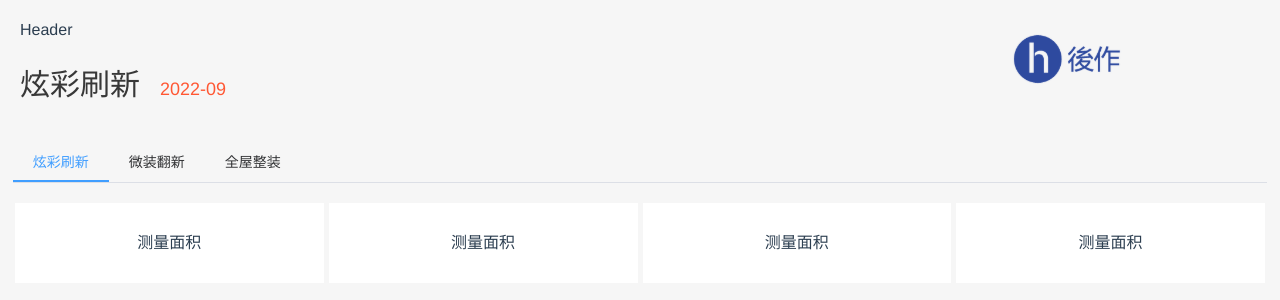
Repository: yezhonghu0503/houzuo
Page: /interiorDecoration
The author's editor kept a copy of each file at every save. The page is drawn from the files as they stood at one save, then again after the next save.
The browser window is 1280 px wide. The pictures show the whole page.
The project was rebuilt for these pictures with package versions that can differ from the ones it lists, and the page was loaded fresh each time. Also part of the build but not shown: vite.config.ts.

Above is the page before, as saved 2022-09-29 15:34:35.

### src/main.ts
import { createApp } from 'vue'
import App from './App.vue'
//全局引入elementUI
import ElementPlus from 'element-plus'
import 'element-plus/dist/index.css'
import * as ElementPlusIconsVue from '@element-plus/icons-vue'
import router from './router'

const app = createApp(App)

for (const [key, component] of Object.entries(ElementPlusIconsVue)) {
    app.component(key, component)
}


app.use(ElementPlus)
app.use(router)
app.mount('#app')

### src/App.vue
<script setup lang="ts">
// This starter template is using Vue 3 <script setup> SFCs
// Check out https://vuejs.org/api/sfc-script-setup.html#script-setup

import Home from "./view/Home/Home.vue";

//import HelloWorld from './components/HelloWorld.vue'
</script>

<template>
  <!-- <Home></Home> -->
  <router-view />
</template>

<style>
body {
  background: #f6f6f6;
}
#app {
  font-family: Avenir, Helvetica, Arial, sans-serif;
  -webkit-font-smoothing: antialiased;
  -moz-osx-font-smoothing: grayscale;
  text-align: center;
  color: #2c3e50;
  overflow-x: hidden;
  /* margin-top: 60px; */
}
</style>

### src/router/index.ts
import { createRouter, createWebHistory, createWebHashHistory } from 'vue-router'
import { defineAsyncComponent } from 'vue'

const router = createRouter({
    history: createWebHistory(),
    routes: [
        {
            path: '/',
            name: 'home',
            component: defineAsyncComponent(() => import(`../view/Home/Home.vue`)),
            meta: {
                title: '首页'
            }
        },
        {
            path: '/interiorDecoration',
            name: 'interiorDecoration',
            component: defineAsyncComponent(() => import(`../view/interiorDecoration/index.vue`)),
            meta: {
                title: '室内装修'
            }
        }
    ]
})

router.beforeEach((to, from, next) => {
    if (to.meta.title) {
        document.title = `${to.meta.title}`;
    }
    next()
})

router.afterEach((to, from) => {
    // console.log(to, from)
    console.log('afterEach')
})

export default router;

### src/view/interiorDecoration/index.vue
<script lang="ts">
import { ref } from "vue";
import {
  useRouter,
  useRoute,
  onBeforeRouteLeave,
  onBeforeRouteUpdate,
} from "vue-router";
import Renovate from "./renovate.vue";
export default {
  components: {
    Renovate,
  },
  setup() {
    //菜单
    const menuList: string[] = ["炫彩刷新", "微装翻新", "全屋整装"];
    const activeIndex = ref(0);
    const handleSelect = (key: string, keyPath: string[]) => {
      console.log(key, keyPath);
    };
    const router = useRouter();
    const route = useRoute();
    let timenow: string = new Date().toJSON().substring(0, 7);

    return {
      timenow,
      menuList,
      activeIndex,
      handleSelect,
    };
  },
};
</script>

<template>
  <div id="head">
    <el-row class="head-row" :gutter="2">
      <el-col :span="16">
        <el-container class="head-tit">
          <el-header>Header</el-header>
          <el-footer
            ><h1>
              炫彩刷新<font class="timeshow">{{ timenow }}</font>
            </h1>
          </el-footer>
        </el-container>
      </el-col>
      <el-col :span="8" align="middle">
        <!-- <img
          style="margin-top: 15px"
          src="https://lacblog.top/upload/2022/06/H2022%20(3).png.png"
          alt=""
        /> -->
        <svg
          style="margin-top: 0px"
          xmlns="http://www.w3.org/2000/svg"
          xmlns:xlink="http://www.w3.org/1999/xlink"
          width="118"
          height="118"
          viewBox="0 0 118 118"
          fill="none"
        >
          <defs>
            <pattern
              id="pattern0"
              patternContentUnits="objectBoundingBox"
              width="1"
              height="1"
            >
              <use
                transform="translate(0 0) scale(0.004975124378109453 0.004975124378109453) rotate(0)"
                xlink:href="#image0"
              />
            </pattern>
            <image
              id="image0"
              width="201"
              height="201"
              xlink:href="data:[embedded picture, 6090 characters]"
            />
          </defs>
          <path
            id="H2022 (2).png"
            fill-rule="evenodd"
            style="fill: url(#pattern0)"
            transform="translate(0 0)  rotate(0 59 59)"
            opacity="1"
            d="M0,118L118,118L118,0L0,0L0,118Z "
          />
        </svg>
      </el-col>
    </el-row>
  </div>
  <div id="main">
    <el-menu
      :default-active="activeIndex"
      class="el-menu-demo"
      mode="horizontal"
      @select="handleSelect"
    >
      <el-menu-item
        @click="handleSelect"
        v-for="(item, index) in menuList"
        :index="index"
        >{{ item }}</el-menu-item
      >
    </el-menu>
    <div class="h-6" />
    <Renovate />
  </div>
</template>

    <style>
* {
  border: 0;
  padding: 0;
  margin: 0;
}
#head {
  left: 0px;
  top: 0px;
  width: 100vw;
  height: 143px;
  /* background: turquoise; */
}
.head-row {
  height: 100%;
}
.head-tit {
  text-align: left;
  line-height: 60px;
}
.head-tit h1 {
  font-size: 30px;
  font-weight: 300;
  letter-spacing: 0px;
  line-height: 50px;
  color: rgba(56, 56, 56, 1);
  text-align: left;
  /*vertical-align: top;*/
}
.timeshow {
  /** 文本1 */
  font-size: 18px;
  font-weight: 500;
  letter-spacing: 0px;
  line-height: 0px;
  color: rgba(255, 87, 51, 1);
  text-align: left;
  margin-left: 20px;
}
.el-menu-demo {
  width: 98vw;
  margin: 0 auto;
  background: #f6f6f6;
  height: 40px;
}
</style>

### src/view/interiorDecoration/renovate.vue
<script lang="ts">
export default {
  setup() {},
};
</script>
<template>
  <el-row :gutter="5" class="tool-menu" justify="center">
    <el-col v-for="item in 4" :span="6">
        <div class="tool-main">
            <div class="tool-name">测量面积</div>
            <div class="tool-parameter"></div>
        </div>
    </el-col>
  </el-row>
</template>

<style>
.tool-menu {
  height: 80px;
  line-height: 80px;
  margin-top: 20px;
  padding:0 15px
}
.tool-main {
  background: white;
}
</style>

Loaded but not shown: index.html (common file)

After the next save:
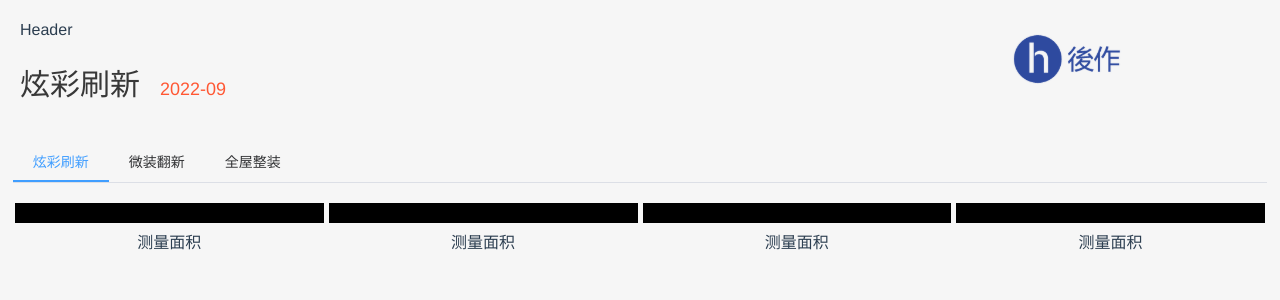
Saved 45 s later.
--- a/src/view/interiorDecoration/renovate.vue
+++ b/src/view/interiorDecoration/renovate.vue
@@ -24,4 +24,8 @@
 .tool-main {
   background: white;
 }
+.tool-name{
+    height: 20px;
+    background: black;
+}
 </style>
